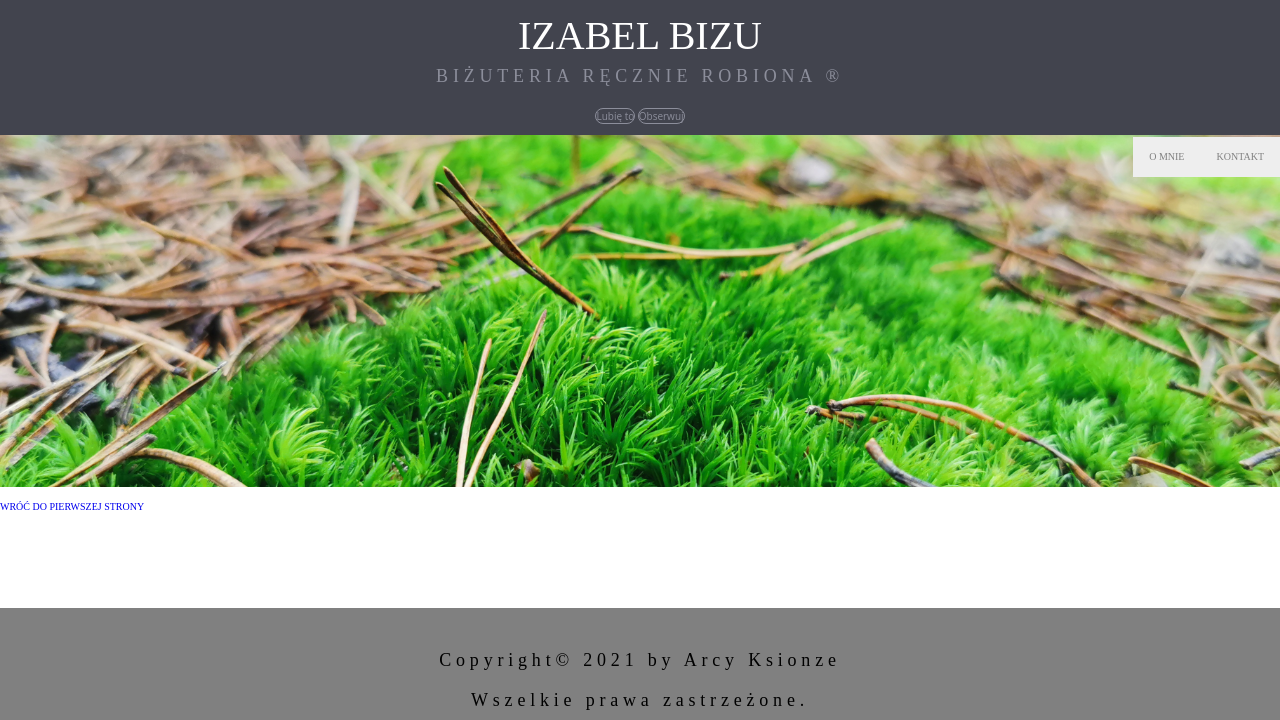
Repository: arcyksionze/strona_izy
Page: index2.html
The author's editor kept a copy of each file at every save. The page is drawn from the files as they stood at one save, then again after the next save.
The browser window is 1280 px wide. The pictures show the whole page.
Some web fonts or font styles are not loaded; a fallback is used.

Above is the page before, as saved 2021-04-11 23:11:12.

After the next save:
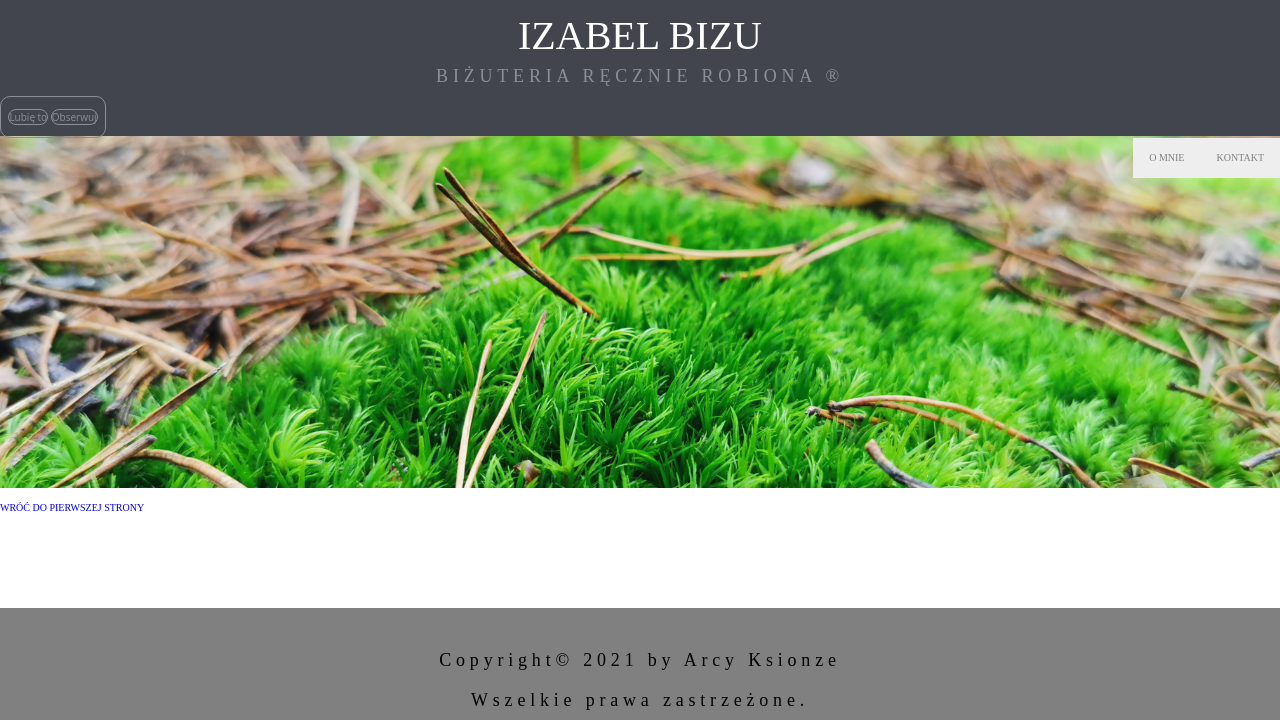
Saved 11 s later.
--- a/index2.html
+++ b/index2.html
@@ -25,7 +25,7 @@
             <p>BIŻUTERIA RĘCZNIE ROBIONA &reg; </p>
         </div>
 
-        <div class="">
+        <div class="przycisk">
             <a class="przycisk" href="#">Lubię to</a>
             <a class="przycisk" href="#">Obserwuj</a>
         </div>
